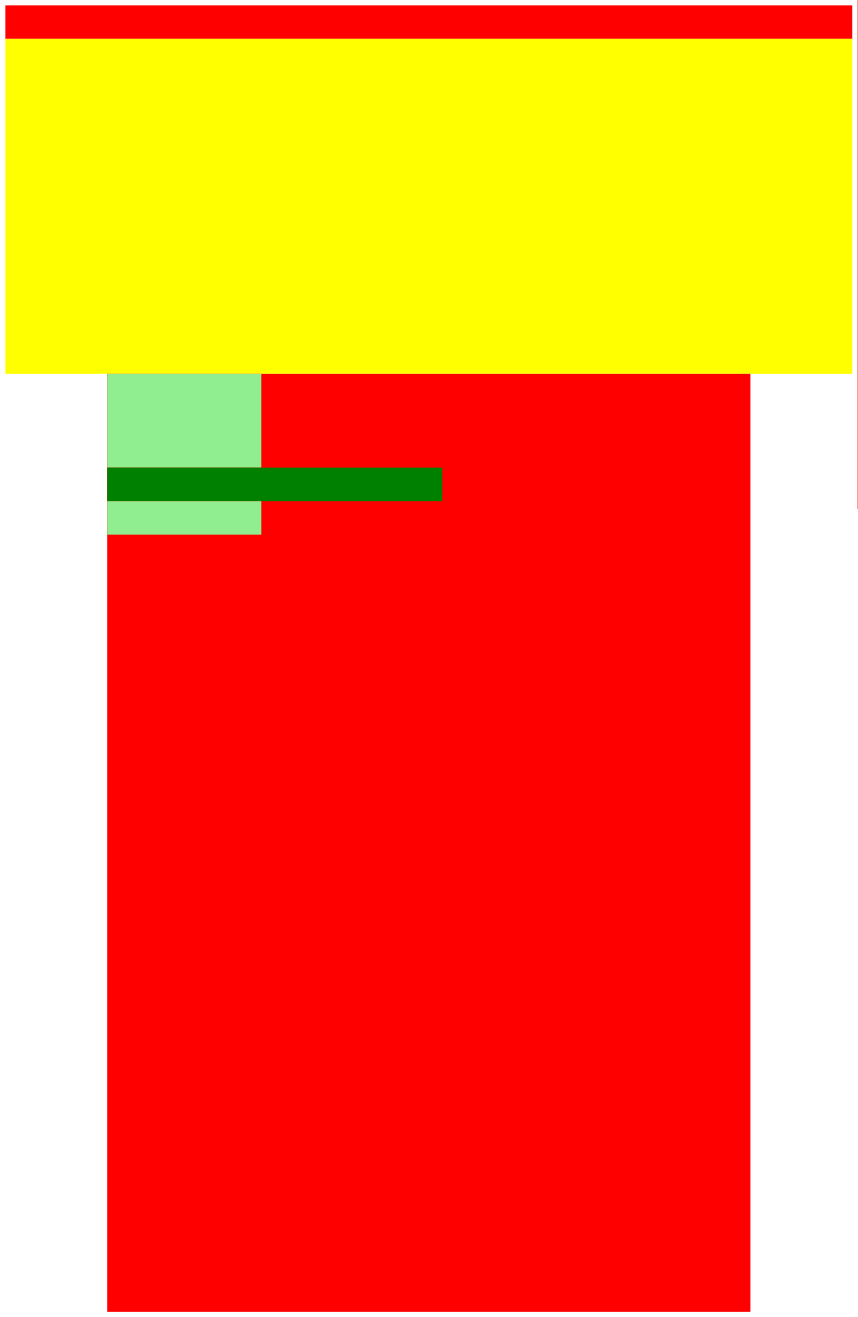
Repository: pureforest/html
Page: chapter4/chapter4.html
The author's editor kept a record of every edit. The page is drawn from the files as they stood at one moment, then again after the next edit.
The browser window is 1280 px wide. The pictures show the whole page, at 67% of full size.

Above is the page before.

After the next edit:
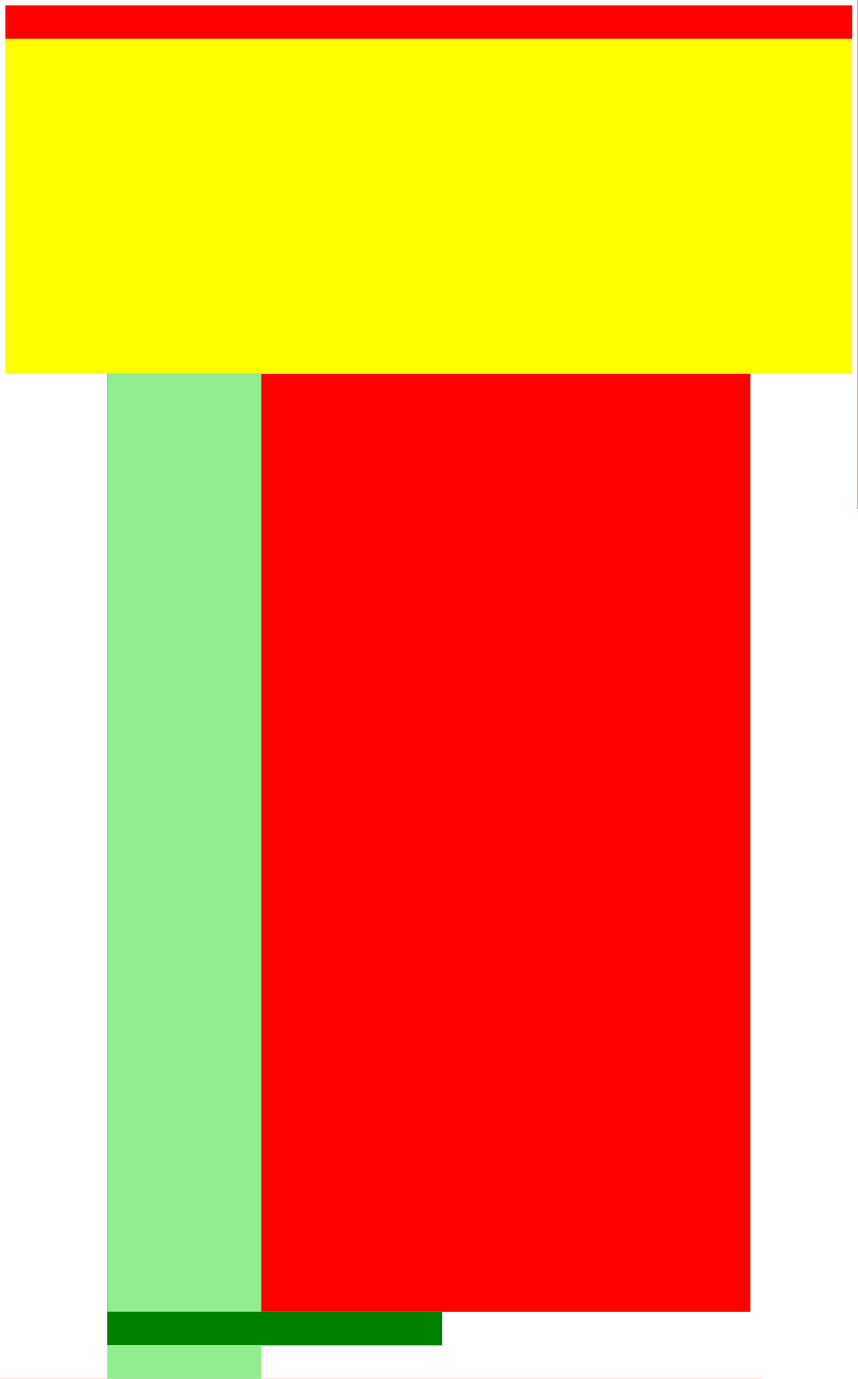
The edit:
--- a/chapter4/chapter4style.css
+++ b/chapter4/chapter4style.css
@@ -20,7 +20,7 @@
 
 .left{
   width: 230px;
- height: 140px;
+ height: 1400px;
  background-color: lightgreen;
 }
 
